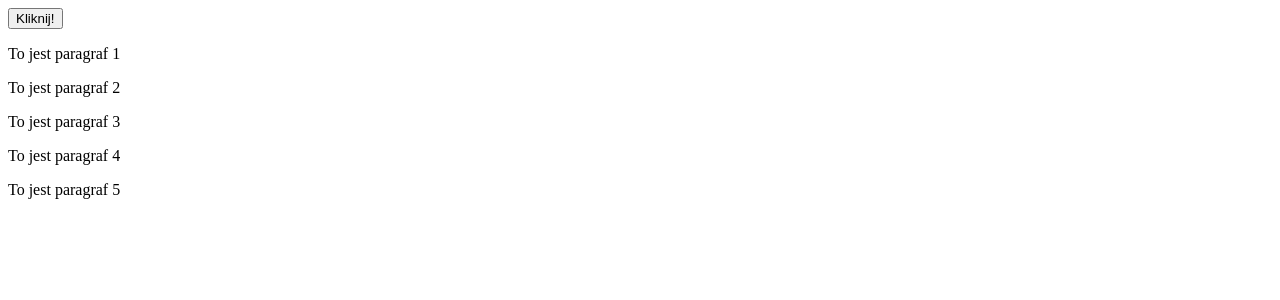
Repository: magdaf41/jQuery
Page: zadanie 3/index.html
The author's editor kept a copy of each file at every save. The page is drawn from the files as they stood at one save, then again after the next save.
The browser window is 1280 px wide. The pictures show the whole page.
Some web libraries are served in a nearby version.

Above is the page before, as saved 2020-09-10 19:09:04.

### zadanie 3/index.html
<!DOCTYPE html>
<html lang="en">

<head>
    <meta charset="UTF-8">
    <meta name="viewport" content="width=device-width, initial-scale=1.0">
    <title>Animation</title>
    <link rel="stylesheet" href="css/style.css">
</head>

<body>

    <button id="button">Kliknij!</button>
    <p>To jest paragraf 1</p>
    <p>To jest paragraf 2</p>
    <p>To jest paragraf 3</p>
    <p>To jest paragraf 4</p>
    <p>To jest paragraf 5</p>

    <script src="https://cdnjs.cloudflare.com/ajax/libs/jquery/3.2.1/jquery.min.js"></script>
    <script src="https://code.jquery.com/ui/1.12.1/jquery-ui.min.js"
        integrity="sha256-VazP97ZCwtekAsvgPBSUwPFKdrwD3unUfSGVYrahUqU=" crossorigin="anonymous"></script>
    <script src="js/main.js"></script>
</body>

</html>

### zadanie 3/js/main.js
$(document).ready(function () {
  changeParagraph();
});


  function changeParagraph() {
    $('#button').click(function () {
      console.log('działa');
    });
  };


console.log($('p').eq(0));

Loaded but not shown: zadanie 3/css/style.css (no stored copy; drawn as an empty file)

After the next save:
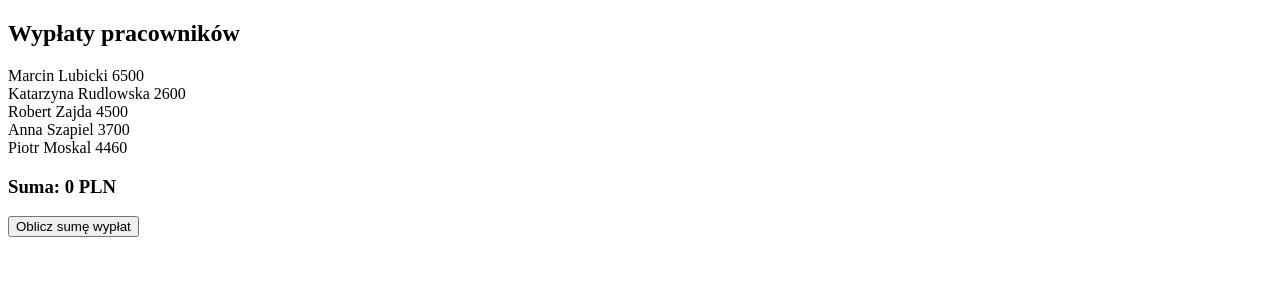
Console error: SyntaxError: Unexpected end of input
Saved 1 s later.
--- a/zadanie 3/index.html
+++ b/zadanie 3/index.html
@@ -10,12 +10,40 @@
 
 <body>
 
-    <button id="button">Kliknij!</button>
-    <p>To jest paragraf 1</p>
-    <p>To jest paragraf 2</p>
-    <p>To jest paragraf 3</p>
-    <p>To jest paragraf 4</p>
-    <p>To jest paragraf 5</p>
+    <div id="employees">
+        <div>
+            <h2>Wypłaty pracowników</h2>
+        </div>
+        <div id="person1">
+            <span class="first-name">Marcin</span>
+            <span class="last-name">Lubicki</span>
+            <span class="salary">6500</span>
+        </div>
+        <div id="person2">
+            <span class="first-name">Katarzyna</span>
+            <span class="last-name">Rudlowska</span>
+            <span class="salary">2600</span>
+        </div>
+        <div id="person3">
+            <span class="first-name">Robert</span>
+            <span class="last-name">Zajda</span>
+            <span class="salary">4500</span>
+        </div>
+        <div id="person4">
+            <span class="first-name">Anna</span>
+            <span class="last-name">Szapiel</span>
+            <span class="salary">3700</span>
+        </div>
+        <div id="person5">
+            <span class="first-name">Piotr</span>
+            <span class="last-name">Moskal</span>
+            <span class="salary">4460</span>
+        </div>
+        <div>
+            <h3>Suma: <span id="sum">0</span> PLN</h3>
+        </div>
+    </div>
+    <button id="count-sum">Oblicz sumę wypłat</button>
 
     <script src="https://cdnjs.cloudflare.com/ajax/libs/jquery/3.2.1/jquery.min.js"></script>
     <script src="https://code.jquery.com/ui/1.12.1/jquery-ui.min.js"
--- a/zadanie 3/js/main.js
+++ b/zadanie 3/js/main.js
@@ -1,13 +1 @@
 $(document).ready(function () {
-  changeParagraph();
-});
-
-
-  function changeParagraph() {
-    $('#button').click(function () {
-      console.log('działa');
-    });
-  };
-
-
-console.log($('p').eq(0));
